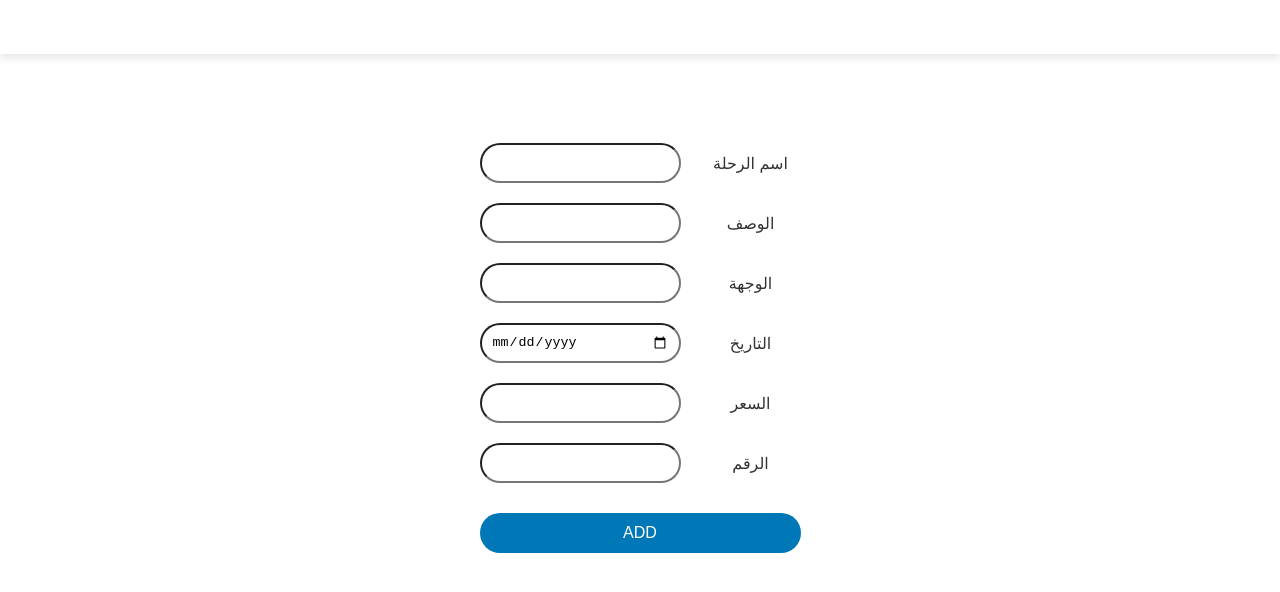
Repository: Yassin-Boushi/Safer
Page: http://localhost/add_flight
An editor plug-in stored every save of this project. The page is shown before and after the next save, followed by the edit.
The browser window is 1280 px wide. The pictures show the whole page.
The page is served by the project's Laravel application, run on PHP 8.4 with Laravel 9. Other server files are loaded and not shown.

Above is the page before, as saved 2025-01-30 11:46:03.

### routes/web.php
<?php

use App\Http\Controllers\AccountController;
use App\Http\Controllers\FlightController;
use App\Http\Controllers\TicketController;
use Illuminate\Support\Facades\Route;

/*
|--------------------------------------------------------------------------
| Web Routes
|--------------------------------------------------------------------------
|
| Here is where you can register web routes for your application. These
| routes are loaded by the RouteServiceProvider within a group which
| contains the "web" middleware group. Now create something great!
|
*/

Route::get('/', function () {
    return redirect('flights');
});

Route::view('login', 'login');
Route::view('add_flight', 'flight.add');
Route::view('main', 'main');
Route::view('we', 'we');

////////////////////////// account
Route::post('account/login', [AccountController::class, 'login']);
Route::get('account/logout', [AccountController::class, 'logout']);

////////////////////////////// flight
Route::resource('flights', FlightController::class);
Route::get('flight/edit/{id}', [FlightController::class, 'edit']);
Route::post('flight/update/{id}', [FlightController::class, 'update']);
Route::get('flight/destroy/{id}', [FlightController::class, 'destroy']);


////////////////////////////// ticket
Route::resource('tickets', TicketController::class);
Route::post('ticket/add/{flight_id}', [TicketController::class, 'store']);
Route::get('ticket/edit/{id}', [TicketController::class, 'edit']);
// Route::get('ticket/update/{id}', [TicketController::class, 'update']);
Route::get('ticket/destroy/{id}', [TicketController::class, 'destroy']);

### resources/views/flight/add.blade.php
<x-nav />
<main>
<div class="nav">
                <div>اضافة رحلة</div>
        </div>

            <form class="form-add"  action="flights" method="post" >
                @csrf
<div>
    <label for="name">اسم الرحلة</label>
    <input class="form-styling" type="text" name="name" placeholder="" />

</div>
<div>
    <label for="description">الوصف </label> <input class="form-styling" type="text"
        name="description" placeholder="" />

</div>
<div>
    <label for="desination">الوجهة </label> <input class="form-styling" type="text"
        name="desination" placeholder="" />

</div>
<div>
    <label for="date">التاريخ</label> <input class="form-styling" type="date"
        name="date" placeholder="" />

</div>
<div>
    <label for="price">
        السعر
    </label> <input class="" type="number" name="price" placeholder="" />

</div>
<div>
    <label for="number">
        الرقم
    </label> <input class="" type="number" name="number" placeholder="" />

</div>

                <input type="submit" class="button  " value="ADD">

            </form>
</main>

### resources/views/components/nav.blade.php
<link rel="stylesheet" href="/css/flight.css">

            <nav class="navbar">
                    <ul >
                        <div class="titles">
                            <li><a href="/main">الرئيسية</a></li>
                            <li><a href="/flights">الرحلات</a></li>
                            @if (auth()->user() != null && auth()->user()->is_employee == 1)
                            <li><a href="/add_flight">اضافة رحلة</a></li>
                            @endif
                            <li><a href="/tickets">الحجوزات</a></li>
                            <li><a href="/we">من نحن</a></li>

                        </div>
                        @if (auth()->user() != null)
                        <div class="account">
                            <h4>{{auth()->user()->user_name}}</h4>
                            <li><a href="/account/logout" style="color:white ;font-size:20px">تسجيل الخروج</a></li>

                        </div>
                        @else
                        <li><a href="login" style="color:white ;font-size:20px">تسجيل الدخول</a></li>
                        @endif
                    </ul>

                </nav>

### public/css/flight.css

* {
    direction: rtl;
    margin: 0;
    padding: 0;
    box-sizing: border-box;
}

body {
    font-family: 'Cairo', sans-serif;
    display: flex;
    flex-direction: column;
    min-height: 100vh;
    margin: 0;
    background-image: url("/image/back.jpg");
    background-size: cover;
    color: #fff;
    text-align: center;
}

/* الشريط العلوي */
.navbar {
    backdrop-filter: blur(80px);
    padding: 15px 0;
    box-shadow: 0 4px 8px rgba(0, 0, 0, 0.1);
}

.navbar ul {
    list-style: none;
    margin: 0;
    padding: 0 30px;
    display: flex;
    justify-content: space-between;
    gap: 20px;


}
.navbar ul .titles , .navbar ul .account{
    display: flex;
    align-items: center;
    justify-content: start;
    gap: 20px;
}
.navbar ul .account{
    justify-content: end;
}

.navbar a {
    text-decoration: none;
    color: #fff;
    font-weight: bold;
    padding: 10px 20px;
    border-radius: 20px;
    transition: all 0.3s ease-in-out;
}

.navbar a:hover {
    background: rgba(255, 255, 255, 0.2);
    box-shadow: 0 5px 15px rgba(0, 0, 0, 0.2);
    transform: scale(1.1);
}

main {
    flex: 1;
    padding: 20px;
    display: flex;
    flex-direction: column;
    align-items: center;
    gap: 20px;
}

.flights-list {
    display: flex;
    justify-content: center;
    align-items: center;
    gap: 20px;
    width: calc(100vw - 80px);
    padding: 20px;
    margin: 20px;
    background-color: rgba(0, 0, 0, 0.2);
}

.flight {
    background-color: #0077b6;
    color: #fff;
    border-radius: 15px;
    padding: 15px;
    box-shadow: 0 4px 12px rgba(0, 0, 0, 0.2);
    cursor: pointer;
    transition: transform 0.3s, box-shadow 0.3s;
    text-align: center;
}

.flight h3 {
    font-size: 20px;
    margin-bottom: 10px;
}

.flight p {
    font-size: 16px;
}

.flight:hover {
    transform: scale(1.1);
}





.content {
    display: flex;
    flex-direction: column;
    gap: 10px;
    background-color: #fff;
    color: #333;
    padding: 20px;
    border-radius: 15px;
    text-align: center;
    max-width: 300px;
}

.content .details{
    display: flex !important;
    align-items: center;
    justify-content: start;
    gap:30px;
}
.content .details .price{
    color: #0077b6;
    font-weight: bold;
}
.content .details div:first-child{
    min-width: 100px;
}


.form-add{
    background-color: white;
    color: #333;
    display: flex;
    flex-direction: column;
    justify-content: center;
    min-height: 300px;
    padding: 30px;
    border-radius: 40px ;
    gap: 20px;
    width: fit-content;
}
.form-add div{
    display: flex;
    justify-content: start;
    align-items: center;
    gap: 20px;
}
.form-add label{
    min-width: 100px;
}
.form-add input{
    height: 40px;
    border-radius: 30px;
    padding: 0 10px;
    width: 100%;
}
.actions-button{
    height: 50px;
    display: flex;
    justify-content: center;
    align-items: center;
    gap: 10px;
    width: 100%;
}
.button {
    margin-top: 10px;
    padding: 12px 20px;
    background: #0077b6;
    color: #fff;
    text-decoration: none;
    border: none;
    border-radius: 25px;
    cursor: pointer;
    font-size: 16px;
    transition: all 0.3s ease-in-out;
}

.button.edit{
    background-color: rgb(225, 100, 22);
}
.button.delete{
    background-color: rgb(225, 22, 22);
}

button:hover {
    background: #005f8d;
    transform: scale(1.05);
}

After the next save:
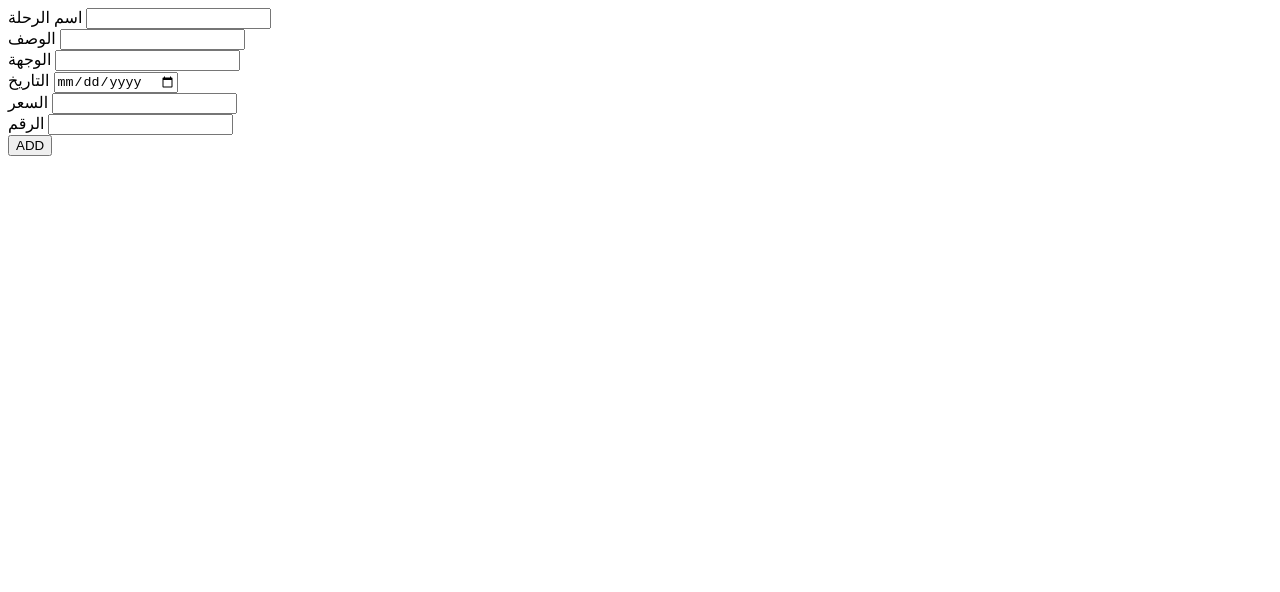
Saved 2 h 11 min later.
--- a/resources/views/flight/add.blade.php
+++ b/resources/views/flight/add.blade.php
@@ -1,8 +1,4 @@
-<x-nav />
-<main>
-<div class="nav">
-                <div>اضافة رحلة</div>
-        </div>
+
 
             <form class="form-add"  action="flights" method="post" >
                 @csrf
